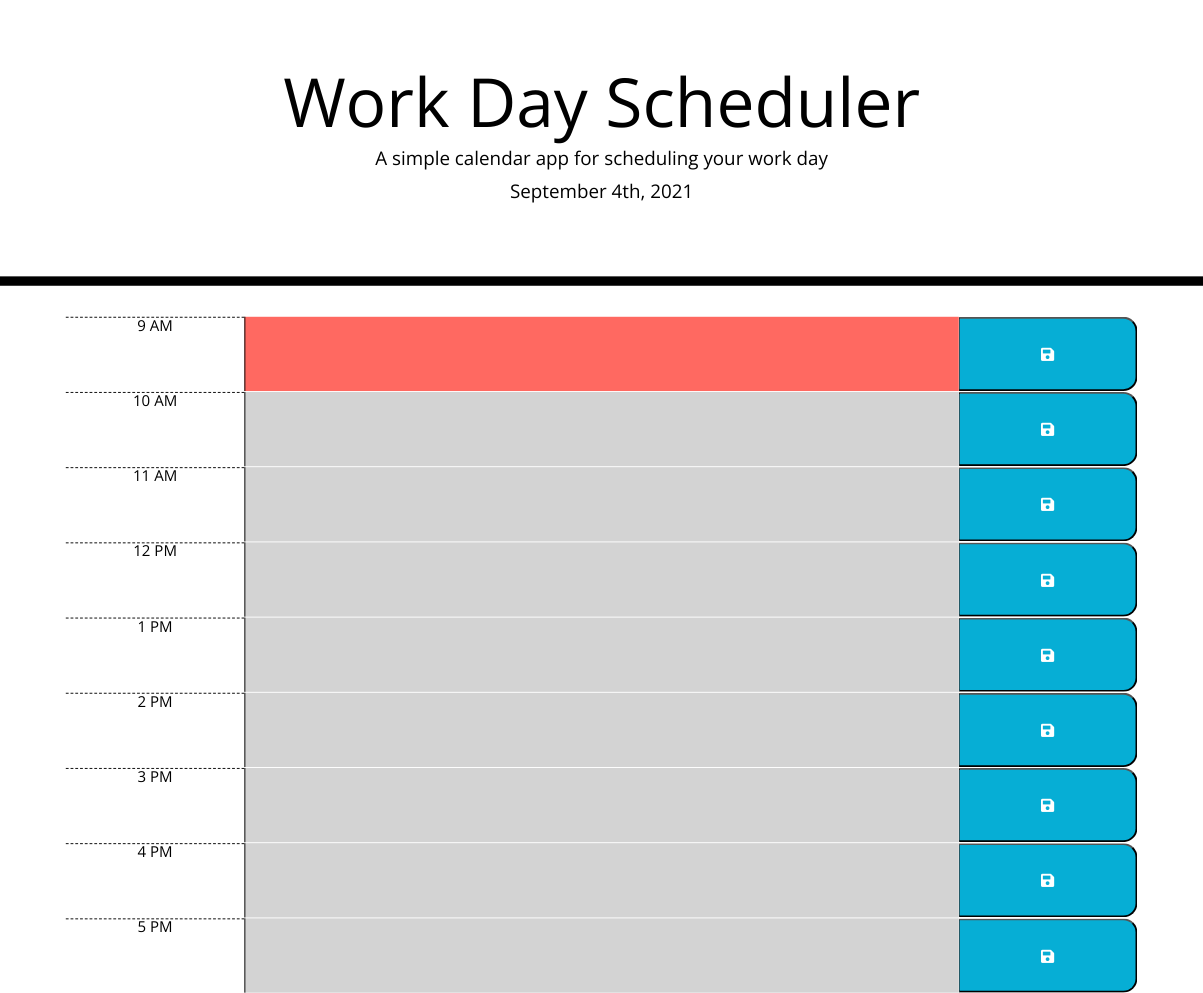
Repository: asecord92/daily-work-schedule
Page: index.html
These files come from the project's save history. The page is drawn as it stood at one moment and after the next save; the edit follows.
The browser window is 1280 px wide. The pictures show the whole page, at 94% of full size.
Some web libraries are served in a nearby version.

Above is the page before, as saved 2021-09-04 10:30:40.

### index.html
<!DOCTYPE html>
<html lang="en">
  <head>
    <meta charset="UTF-8" />
    <meta name="viewport" content="width=device-width, initial-scale=1.0" />
    <meta http-equiv="X-UA-Compatible" content="ie=edge" />
    <link
      rel="stylesheet"
      href="https://stackpath.bootstrapcdn.com/bootstrap/4.3.1/css/bootstrap.min.css"
    />
    <link
      rel="stylesheet"
      href="https://use.fontawesome.com/releases/v5.8.1/css/all.css"
      integrity="sha384-50oBUHEmvpQ+1lW4y57PTFmhCaXp0ML5d60M1M7uH2+nqUivzIebhndOJK28anvf"
      crossorigin="anonymous"
    />
    <link
      href="https://fonts.googleapis.com/css?family=Open+Sans&display=swap"
      rel="stylesheet"
    />
    <link rel="stylesheet" href="./assests/css/style.css" />
    <title>Work Day Scheduler</title>
  </head>

  <body>
    <header class="jumbotron">
      <h1 class="display-3">Work Day Scheduler</h1>
      <p class="lead">A simple calendar app for scheduling your work day</p>
      <p id="currentDay" class="lead"></p>
    </header>
    <div class="container">

    </div>
    <script src="https://code.jquery.com/jquery-3.4.1.min.js"></script>
    <script src="https://cdnjs.cloudflare.com/ajax/libs/moment.js/2.24.0/moment.min.js"></script>

    <script src="./assests/js/script.js"></script>
  </body>
</html>

### assests/css/style.css
body {
  font-family: 'Open Sans', sans-serif;
  font-size: 16px;
  line-height: 1;
}

textarea{
  background: transparent;
  border: none;
  resize: none;
  color: #000000;
  border-left: 1px solid black;
  padding: 10px;
}

.jumbotron {
  text-align: center;
  background-color: transparent;
  color: black;
  border-radius: 0;
  border-bottom: 10px solid black;
}

.description{
  white-space: pre-wrap;
}

.time-block{
  text-align: center;
  border-radius: 15px;
}

.row {
  white-space: pre-wrap;
  height: 80px;
  border-top: 1px solid white;;
}

.hour {
  background-color: #ffffff;
  color: #000000;
  border-top: 1px dashed #000000;
}

.past {
  background-color: #d3d3d3;
  color: white;
}

.present {
  background-color: #ff6961;
  color: white;
}

.future {
  background-color: #77dd77;
  color: white;
}

.saveBtn {
  border-left: 1px solid black;
  border-top-right-radius: 15px;
  border-bottom-right-radius: 15px;
  background-color: #06AED5;
  color: white;
}

.saveBtn i:hover {
  font-size: 20px;
  transition: all .3s ease-in-out;
}

### assests/js/script.js
timeBlockArr = ["9 AM","10 AM", "11 AM","12 PM", "1 PM", "2 PM", "3 PM", "4 PM", "5 PM"];

var taskArr = [];

var currentHour= moment().format('H');

var dateP = document.getElementById("currentDay");

var currentDate= moment().format("MMMM Do, YYYY");
function displayDate () {
    dateP.innerHTML = currentDate;
}
console.log(currentDate);
//load scheudle template

for(var i=0; i<timeBlockArr.length; i++){
    var constTime = timeBlockArr[i];

    var hour = moment().set("hour", 9).format('H');
    var setHour = moment(hour, 'H').add(i, "hours").format('H');

    //create Row Div

    var timeBlockDiv = document.createElement("div");
    timeBlockDiv.setAttribute("class","row time-block");
    timeBlockDiv.setAttribute("id", "row")

    //create hour col

    var timeBlockHr = document.createElement("div");
    timeBlockHr.setAttribute("class","col-2 hour");
    timeBlockHr.innerHTML = constTime;

    //create text area

    var timeBlockText = document.createElement("textarea");
    timeBlockText.setAttribute("class", "col-8 description textarea");
    timeBlockText.setAttribute("id", "task" + i)


    //create button

    var timeBlockBtn = document.createElement("button");
    timeBlockBtn.setAttribute("type", "submit");
    timeBlockBtn.setAttribute("id", "saveBtn" + i);
    timeBlockBtn.setAttribute("class","col-2 saveBtn");


    //add save icon

    var saveIcon = document.createElement("i");
    saveIcon.setAttribute("class", "fas fa-save");


    $(".container").append(timeBlockDiv, timeBlockHr, timeBlockText, timeBlockBtn);

    timeBlockDiv.appendChild(timeBlockHr)
    timeBlockDiv.appendChild(timeBlockText)
    timeBlockDiv.appendChild(timeBlockBtn);

    timeBlockBtn.appendChild(saveIcon);

    //run time check

    auditTask(setHour);
};

function auditTask (setHour) {

    //TO DO: figure out why 9Am is being set to "future" even if past
    console.log(setHour, currentHour);

    if (+setHour > +currentHour) {
        timeBlockText.classList = "col-8 description textarea past"
    }
    else if (+setHour < +currentHour) {
        timeBlockText.classList = "col-8 description textarea future"
    } else {
        timeBlockText.classList ="col-8 description textarea present"

    };
}
// save to local storage
function saveTask(e) {
// localStorage.setItem()
console.log(e.target.previousSibling.value)

}
//load from local storage to page
function loadTask() {

}

displayDate();

var textAreaEl = document.querySelectorAll(".textarea")
// how to tie each button to a specific row. how to tie each response to a specific row and reflect all of that in localstorage
var saveBtnEl = document.querySelectorAll(".saveBtn");
saveBtnEl.forEach(saveBtnEl => {
    saveBtnEl.addEventListener("click", function(e){
        saveTask(e);

    })
})

console.log(currentHour);

After the next save:
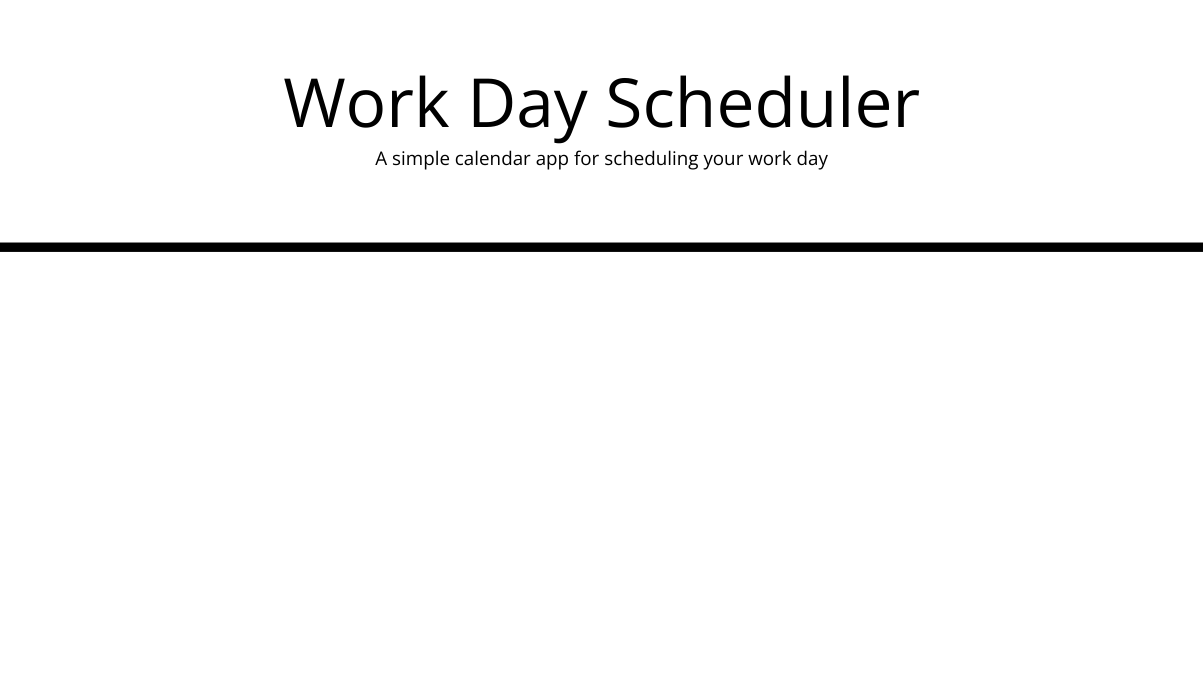
Console error: SyntaxError: Unexpected token ')'
Saved 114 s later.
--- a/assests/js/script.js
+++ b/assests/js/script.js
@@ -42,7 +42,7 @@
 
     var timeBlockBtn = document.createElement("button");
     timeBlockBtn.setAttribute("type", "submit");
-    timeBlockBtn.setAttribute("id", "saveBtn" + i);
+    timeBlockBtn.setAttribute("id", i);
     timeBlockBtn.setAttribute("class","col-2 saveBtn");
 
 
@@ -83,6 +83,7 @@
 // save to local storage
 function saveTask(e) {
 // localStorage.setItem()
+console.log(e.target.)
 console.log(e.target.previousSibling.value)
 
 }

After the save that followed:
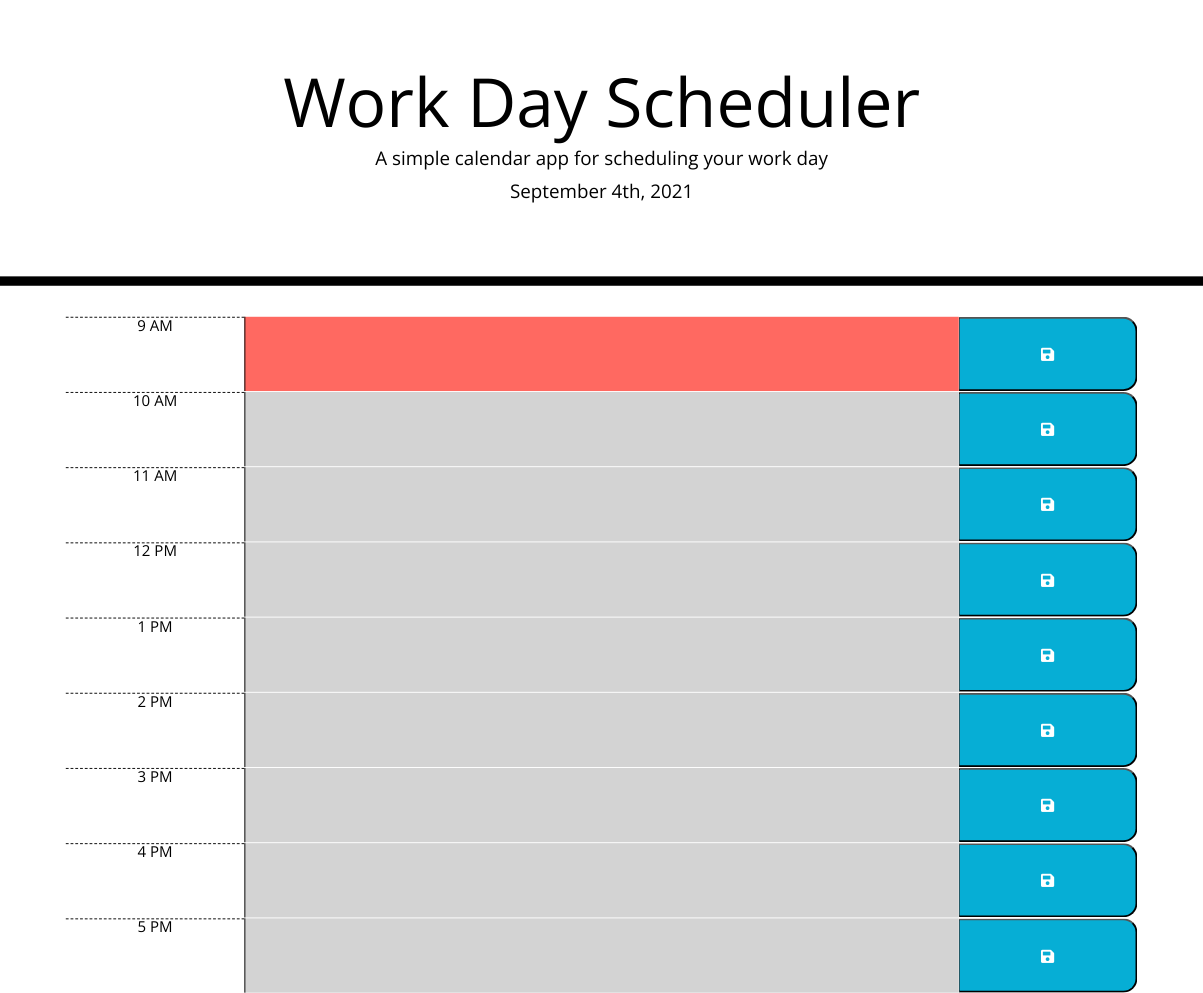
The error is gone.
Saved 65 s later.
--- a/assests/js/script.js
+++ b/assests/js/script.js
@@ -83,7 +83,7 @@
 // save to local storage
 function saveTask(e) {
 // localStorage.setItem()
-console.log(e.target.)
+// console.log(e.target.
 console.log(e.target.previousSibling.value)
 
 }
